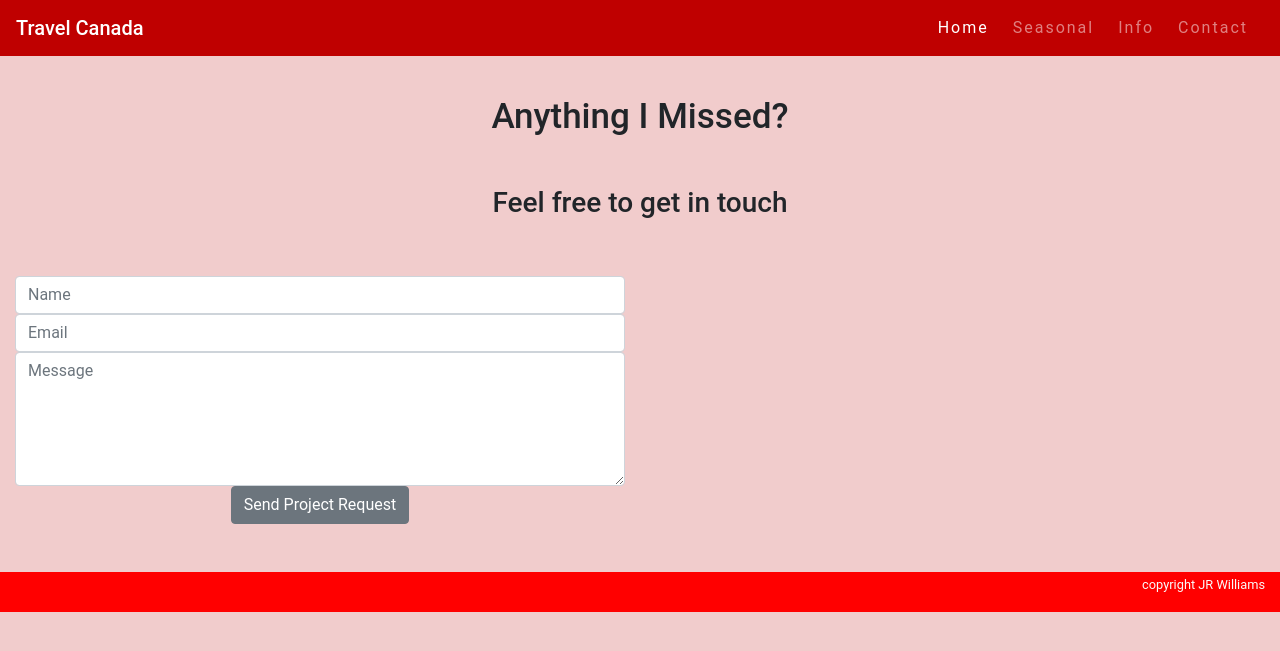
Repository: JonWil91/Travel-Canada
Page: contact.html
The author's editor kept a record of every edit. The page is drawn from the files as they stood at one moment, then again after the next edit.
The browser window is 1280 px wide. The pictures show the whole page.
Some web libraries are served in a nearby version.

Above is the page before.

### contact.html
<!DOCTYPE html>
<html lang="en">

<head>
    <meta charset="UTF-8">
    <meta name="viewport" content="width=device-width, initial-scale=1.0">
    <meta http-equiv="X-UA-Compatible" content="ie=edge">
    <title>Canada</title>
    <link rel="stylesheet" href="https://stackpath.bootstrapcdn.com/bootstrap/4.3.1/css/bootstrap.min.css" integrity="sha384-ggOyR0iXCbMQv3Xipma34MD+dH/1fQ784/j6cY/iJTQUOhcWr7x9JvoRxT2MZw1T" crossorigin="anonymous">
    <link href="https://fonts.googleapis.com/css?family=Montserrat:200,400,500i&display=swap" rel="stylesheet">
    <link rel="stylesheet" href="https://use.fontawesome.com/releases/v5.6.1/css/all.css" integrity="sha384-gfdkjb5BdAXd+lj+gudLWI+BXq4IuLW5IT+brZEZsLFm++aCMlF1V92rMkPaX4PP" crossorigin="anonymous">
    <link rel="stylesheet" href="css/style.css" type="text/css" />


    <body>

        <!-- navbar -->


        <div class="container-fluid navalert-container">
            <nav class="navbar navbar-dark navbar-expand-sm">
                <a href="index.html" class="navbar-brand">Travel Canada</a>
                <button class="navbar-toggler ml-auto" type="button" data-toggle="collapse" data-target="#navbarNavDropdown" aria-controls="navbarNavDropdown" aria-expanded="false" aria-label="Toggle
        navigation">
            <span class="navbar-toggler-icon"></span>
        </button>
                <div class="collapse navbar-collapse" id="navbarNavDropdown">
                    <ul class="navbar-nav ml-auto">
                        <li class="active nav-item mr-2"><a class="nav-link" href="index.html">Home</a></li>
                        <li class="nav-item mr-2"><a class="nav-link" href="seasonal.html">Seasonal</a></li>
                        <li class="nav-item mr-2"><a class="nav-link" href="info.html">Info</a></li>
                        <li class="nav-item mr-2"><a class="nav-link" href="contact.html">Contact</a></li>

                    </ul>
                </div>
            </nav>
        </div>


        <!-- contact form -->


        <div class="container title-container my-5 text-center">
            <div class="row">
                <div class="col-12">
                    <h1 class="my-5 jumbotron-header">Anything I Missed?</h1>
                    <h3>Feel free to get in touch</h3>
                </div>
            </div>
        </div>

        <div class="container-fluid text-center my-5 center-form">
            <div class="row">
                <div class="col-md-6">
                    <div class="center-form">
                        <form>
                            <input type="text" name="name" id="fullname" class="form-control" placeholder="Name" required />
                            <input type="email" name="email" id="emailaddress" class="form-control" placeholder="Email" required />
                            <textarea rows="5" name="message" id="message" class="form-control" placeholder="Message" required></textarea>
                            <div class="form-row text-center">
                                <div class="col">
                                    <button type="submit" class="btn btn-secondary">Send Project Request</button>
                                </div>
                            </div>
                        </form>
                    </div>
                </div>
            </div>
        </div>





        <!-- /contact form -->






        <!-- footer -->

        <div class=" container-fluid footer ">
            <div class="row ">
                <div class="col-12 ">
                    <p class="ml-auto "><small>copyright JR Williams</small></p>

                </div>
            </div>
        </div>


        <!-- /footer -->

### css/style.css
body {
    font-family: 'Roboto', sans-serif;
    background-color: #f1cccc;
}

/* landing page */

.callout-container {
    height: 100vh;
    background: url("../images/canada-landing-page.jpg") no-repeat bottom right fixed;
    -webkit-background-size: cover;
    -moz-background-size: cover;
    -o-background-size: cover;
    background-size: cover;

    display: flex;
    justify-content: center;
    position: relative;
}

.jumbotron {
    background-color: transparent;
    margin-top: 30px;
    color: #fafafa;
}

.jumbotron-header {
    font-size: 35px;
}

.lead {
    margin-top: 30px;
    color: #de5858;
    font-family: 'Roboto', sans-serif;
    font-weight: 600;

}

.about-me {
    color: #fafafa;

}


/* /landing page */

/* Navbar */

.navalert-container {
    position: absolute;
    top: 0;
    left: 0;
    padding-left: 0;
    padding-right: 0;
    z-index: 1;
    background-color: #ff0000;
}

.navbar {
    margin-bottom: 0;
    border: 0;
    width: 100%;
    background-color: rgba(0, 0, 0, 0.25);
}

.navbar-toggler {
    border: none;
    background-color: transparent;
}

.navbar-brand {
    font-weight: 500;
}

.navbar-nav {
    letter-spacing: 2px;
}

.jumbotron-header {
    font-weight: 500;
}

/* /navbar */

/* seasonal */

.title-container {
    display: flex;
    justify-content: center;
    position: relative;
}

.container-subheading {
    display: flex;
    justify-content: center;
    position: relative;
}

.img-fluid {
    width: 100vh;
    height: 65vh;
    border-radius: 20px;
}

.flag-picture {
    width: 90vh;
    height: 65vh;
    border-radius: 20px;
    margin-top: 90px
}


.icon {
    color: #e82e2e;
    padding: 10px;
    transition: all 0.3s ease 0s;
}

.icon:hover {
    color: #f59e42;
}

.season-title {
    padding: 0 0 20px 0;

}

.season-section {
    font-size: 18px;
    padding: 10px;
}







/* /seasonal */

/* Footer */

.footer {
    background-color: #ff0000;
    color: #fafafa;
    float: right;
}

.ml-auto {
    float: right;
}

/* /footer */

/* media queries */

/* mobile devices */

@media (max-width: 576px) {}

/* Medium devices (tablets, 768px and up) */

@media (min-width: 768px) {}

/* Large devices (desktops, 992px and up) */

@media (min-width: 992px) {}

/* Extra large devices (large desktops, 1200px and up) */

@media (min-width: 1200px) {}


/* /media queries */

.history-heading {
    color: black;
    margin-bottom: 50px;
}

.timeline-item {
    padding: 4em 2em 0em 2em;
    position: relative;
    color: red;
    border-left: 1px solid;
}

.timeline-item p {
    padding: 0;
    margin: 0;
}

.timeline-item:before {
    content: attr(data-dates);
    position: absolute;
    left: 2.5em;
    top: 3em;
    display: block;
    font-family: "Exo", sans-serif;
    font-weight: 500;
    font-size: 0.8em;
    padding: 0;
    margin: 0;
}

.timeline-item:after {
    width: 12px;
    height: 12px;
    display: block;
    top: 2.4em;
    position: absolute;
    left: -6px;
    border-radius: 12px;
    content: '';
    background-color: #fafafa;
}

.history-items {
    margin-bottom: 30px;
}

.extra-info {
    color: red;
}

After the next edit:
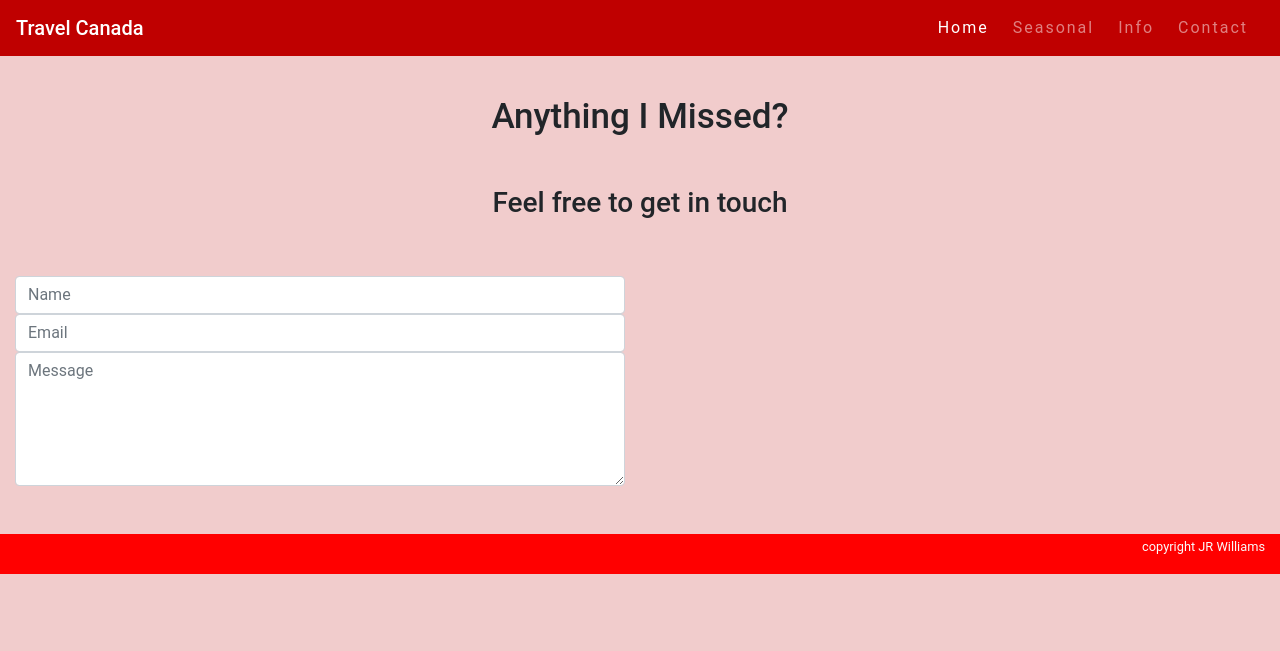
The edit:
--- a/contact.html
+++ b/contact.html
@@ -58,9 +58,6 @@
                             <input type="email" name="email" id="emailaddress" class="form-control" placeholder="Email" required />
                             <textarea rows="5" name="message" id="message" class="form-control" placeholder="Message" required></textarea>
                             <div class="form-row text-center">
-                                <div class="col">
-                                    <button type="submit" class="btn btn-secondary">Send Project Request</button>
-                                </div>
                             </div>
                         </form>
                     </div>
